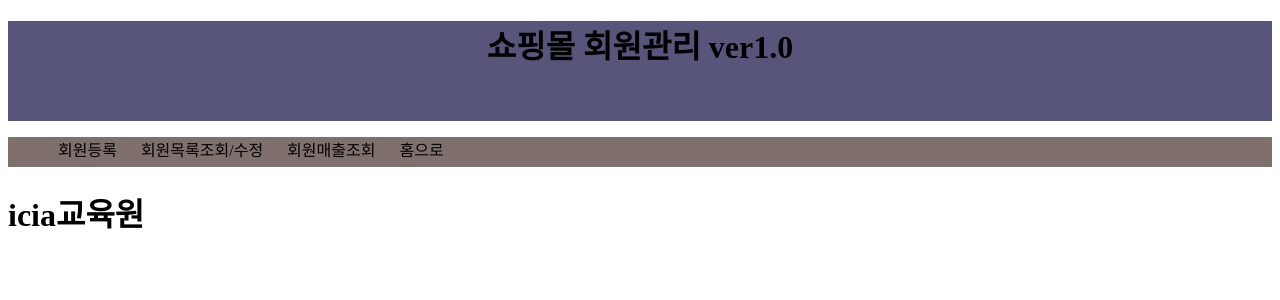
Repository: Kim-seongjun/javastudy2
Page: http://localhost/back_end_test/
An editor plug-in stored every save of this project. The page is shown before and after the next save, followed by the edit.
The browser window is 1280 px wide. The pictures show the whole page.
The page is served by Tomcat 9.

Above is the page before, as saved 2020-01-22 01:15:13.

After the next save:
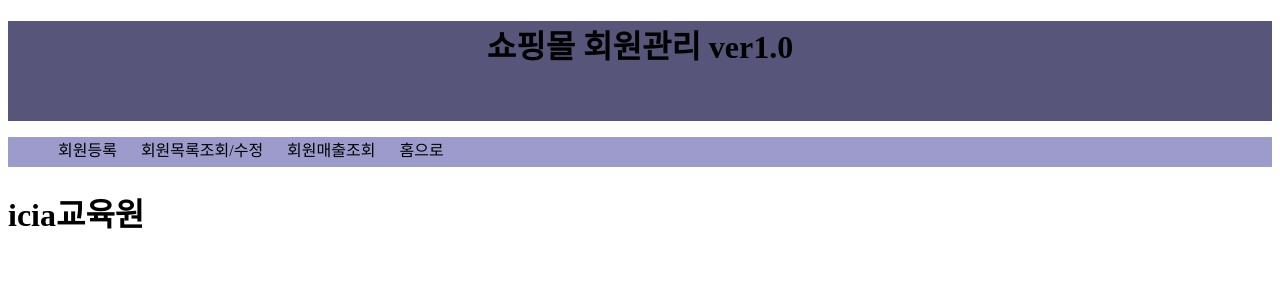
Saved 8 s later.
--- a/back_end_test/WebContent/nav.jsp
+++ b/back_end_test/WebContent/nav.jsp
@@ -10,7 +10,7 @@
 <style>
 
  #div_nav{
-    background-color: #80706D;
+    background-color: #9D9BCC;
     height: 30px;
  }
 
